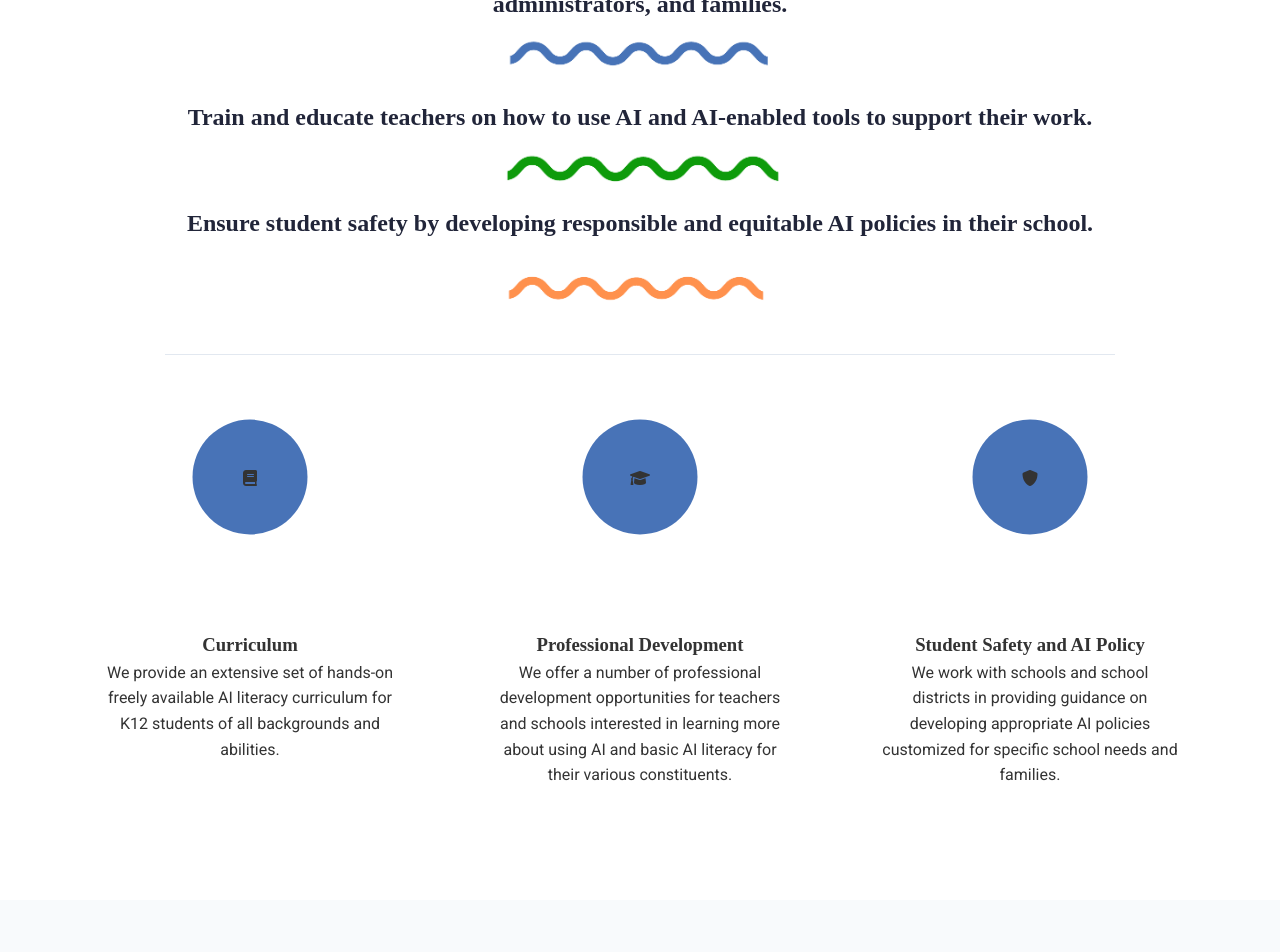
Repository: dinhtri123/dayofai
Page: index.html
The author's editor kept a copy of each file at every save. The page is drawn from the files as they stood at one save, then again after the next save.
The browser window is 1280 px wide. The pictures show the part of the page from y = 1073 to 2025 px (the page is 3730 px tall).
A picture or video elsewhere on the page could not be fetched, so the positions and the page height are approximate. Some web fonts or font styles are not loaded; a fallback is used.

Above is the page before, as saved 2025-06-29 08:52:22.

After the next save:
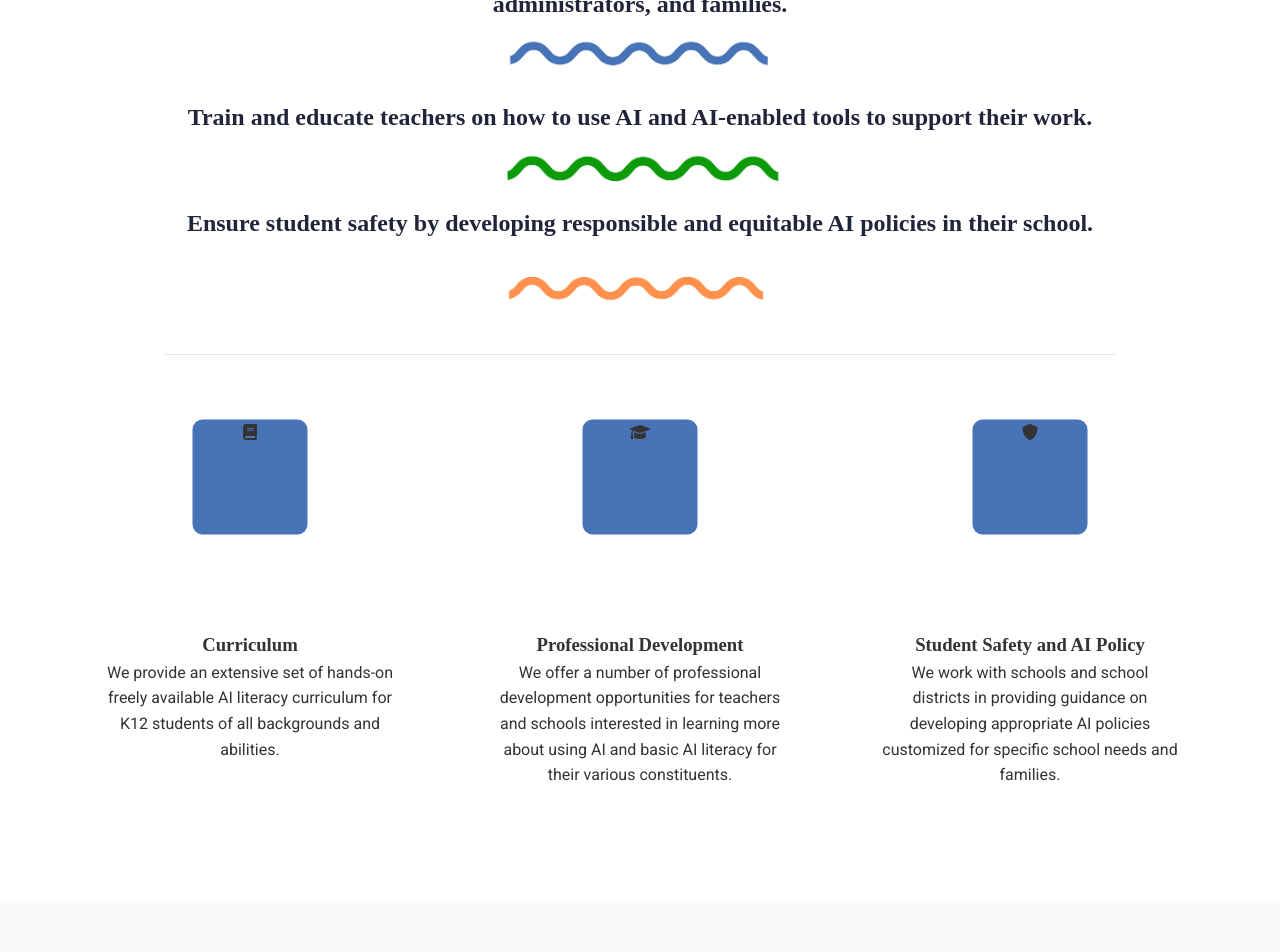
Saved 10 s later.
--- a/styles.css
+++ b/styles.css
@@ -339,10 +339,7 @@
   width: 115px;
   height: 115px;
   background: var(--color-primary);
-  border-radius: 50%;
-  display: flex;
-  align-items: center;
-  justify-content: center;
+  border-radius: 10px;
 }
 
 /* About Section */
